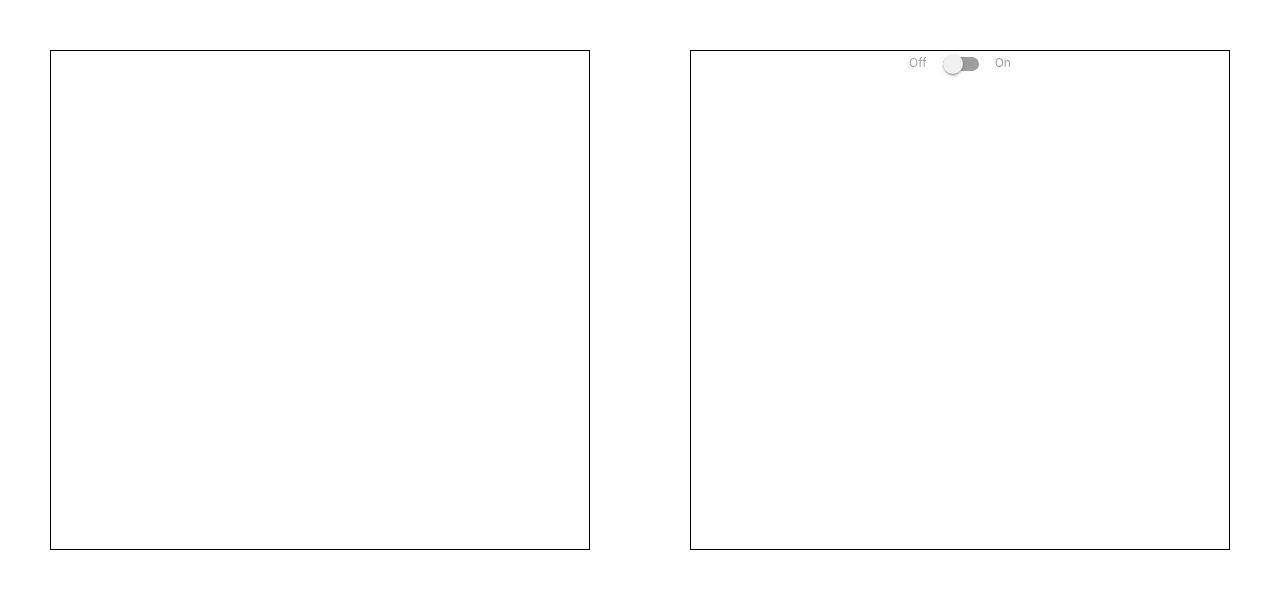
Repository: imrvj/Dark-Light-Mode
Page: /
An editor plug-in stored every save of this project. The page is shown before and after the next save, followed by the edit.
The browser window is 1280 px wide. The pictures show the whole page.
The project was rebuilt for these pictures with package versions that can differ from the ones it lists, and the page was loaded fresh each time.

Above is the page before, as saved 2020-02-20 12:28:28.

After the next save:
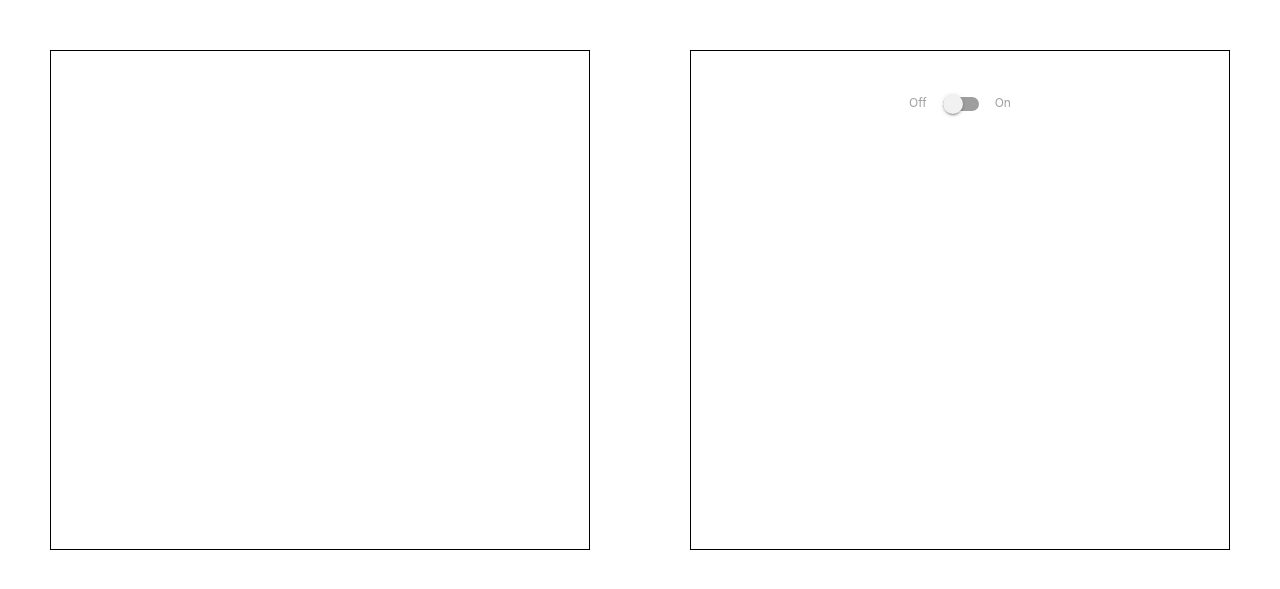
Saved 14 s later.
--- a/src/App.css
+++ b/src/App.css
@@ -15,6 +15,7 @@
   height: 500px;
   border: solid 1px black;
   align-items: center;
+  padding-top:40px ;
 
   margin: 50px;
 }
